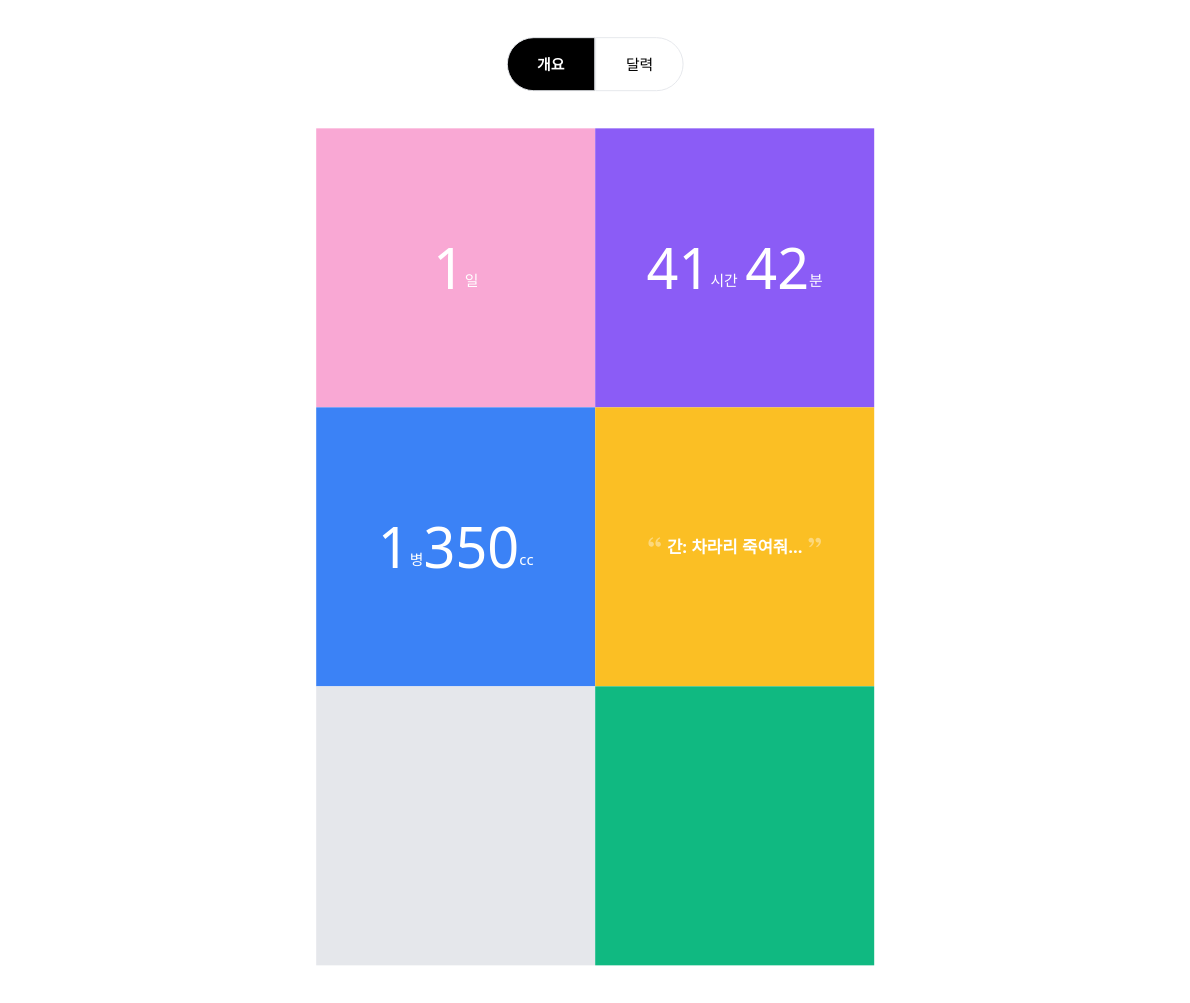
Repository: honey-punch/my-alcohol
Page: /
The author's editor kept a copy of each file at every save. The page is drawn from the files as they stood at one save, then again after the next save.
The browser window is 1280 px wide. The pictures show the whole page, at 93% of full size.
The project was rebuilt for these pictures with package versions that can differ from the ones it lists, and the page was loaded fresh each time. The framework's server and built-in components were replaced by stand-ins that run in the browser. Also part of the build but not shown: next.config.ts, src/app/_component/Calendar.tsx.

Above is the page before, as saved 2025-02-10 16:20:44.

After the next save:
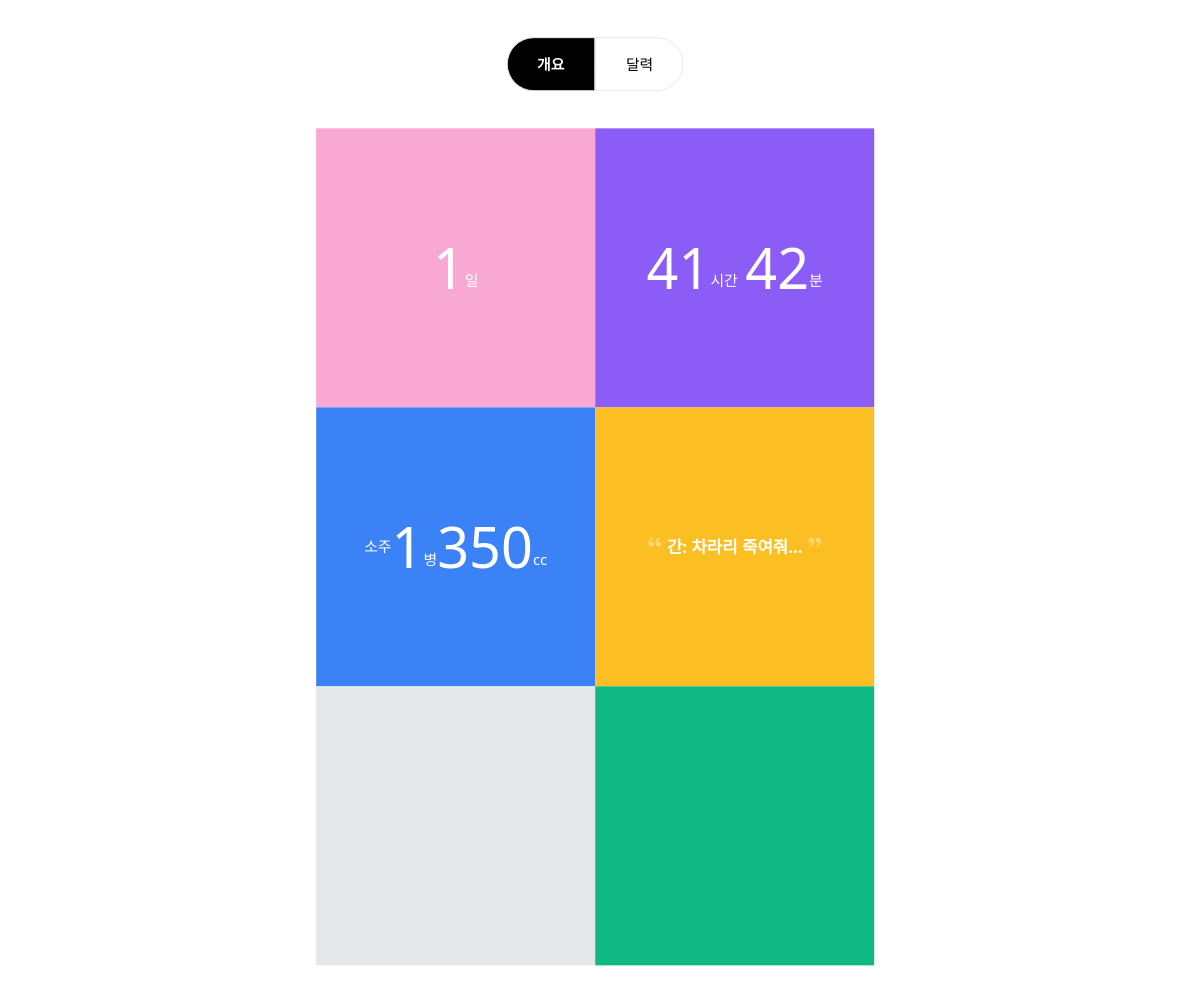
Saved 10 s later.
--- a/src/app/_component/Summary.tsx
+++ b/src/app/_component/Summary.tsx
@@ -65,6 +65,7 @@ export default function Summary() {
         style={{ width: `${BOX_SIZE}px`, height: BOX_SIZE }}
         className="bg-blue-500 text-white flex justify-center items-center"
       >
+        <span>소주</span>
         <span className="text-6xl">{ex.soju}</span>
         <span className="mt-7">병</span>
         <span className="text-6xl">{ex.beer}</span>
